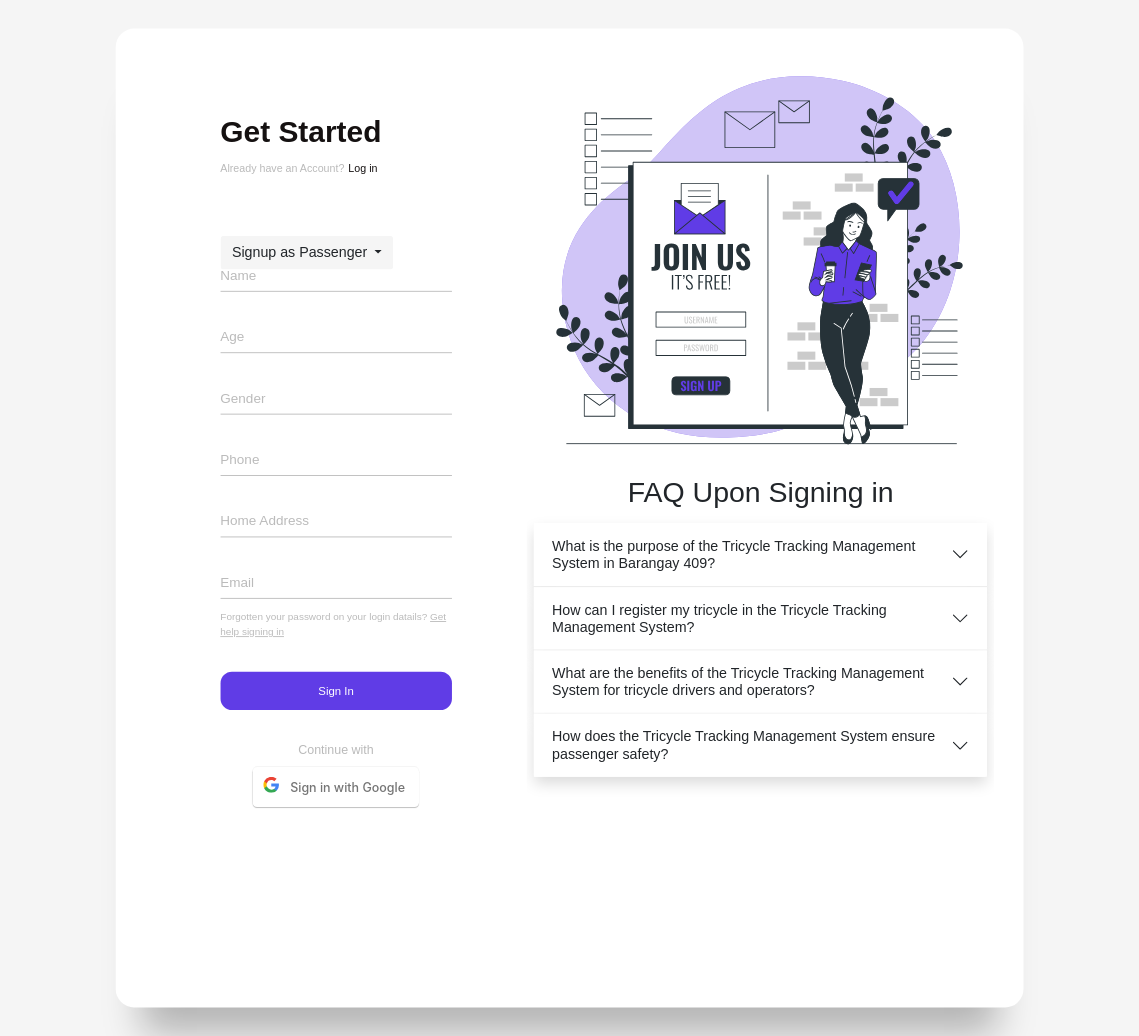
Repository: adrcstro/plate-to-place
Page: http://localhost/Loginsystem/Passenger.php
These files come from the project's save history. The page is drawn as it stood at one moment and after the next save; the edit follows.
The browser window is 1280 px wide. The pictures show the whole page, at 89% of full size.
Some web fonts or font styles are not loaded; a fallback is used. Some web libraries are served in a nearby version. The page is run by PHP 8.4 with error messages shown; the project is at /var/www/html/.

Above is the page before, as saved 2023-10-31 12:52:11.

After the next save:
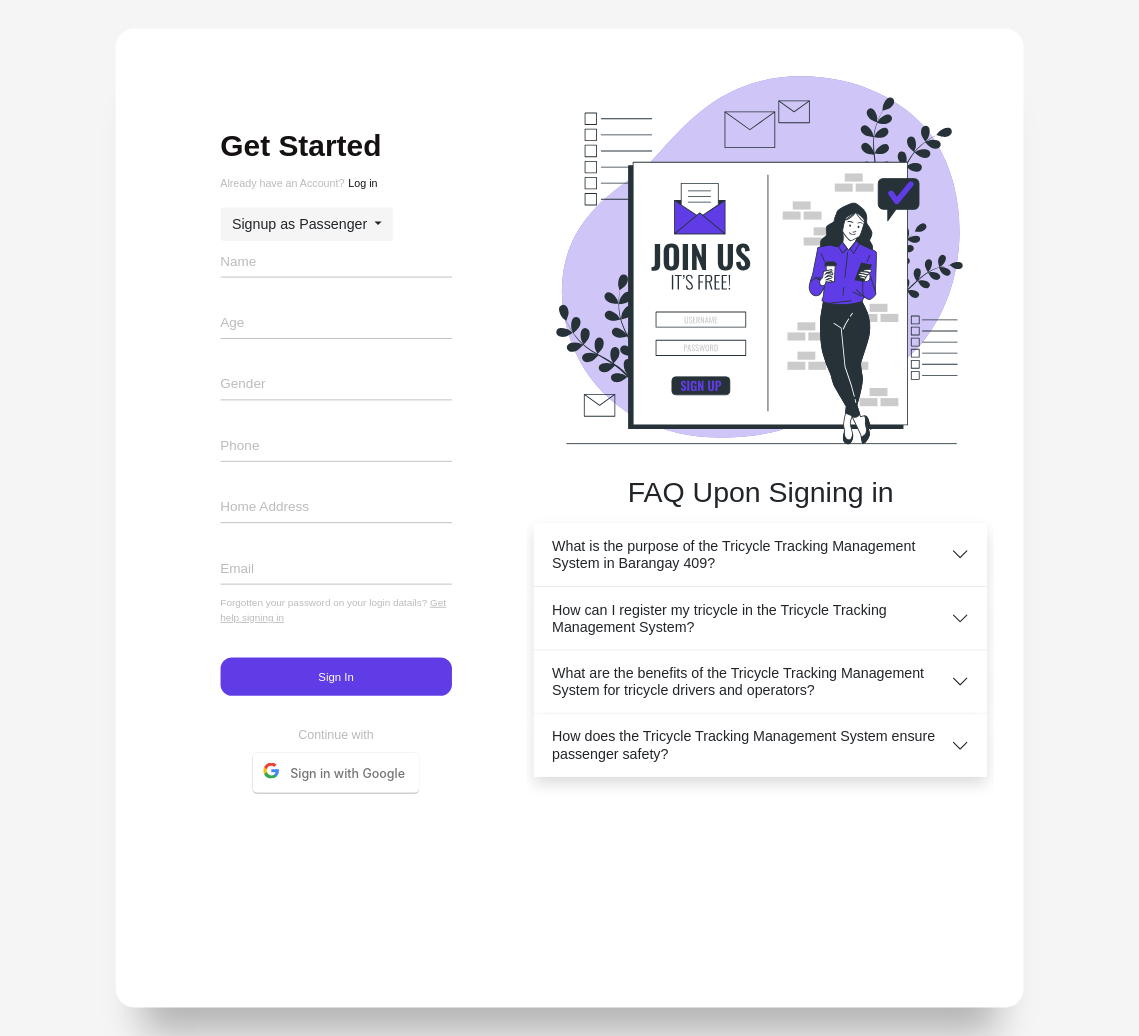
Saved 11 s later.
--- a/Loginsystem/passenger.css
+++ b/Loginsystem/passenger.css
@@ -370,7 +370,7 @@ margin-top: -4rem;
   transition: 0.3s;
 }
 .dropdown{
-  margin-top: -4rem;
+  margin-top: -8rem;
 }
 .actual-form{
   margin-top: -6rem;
